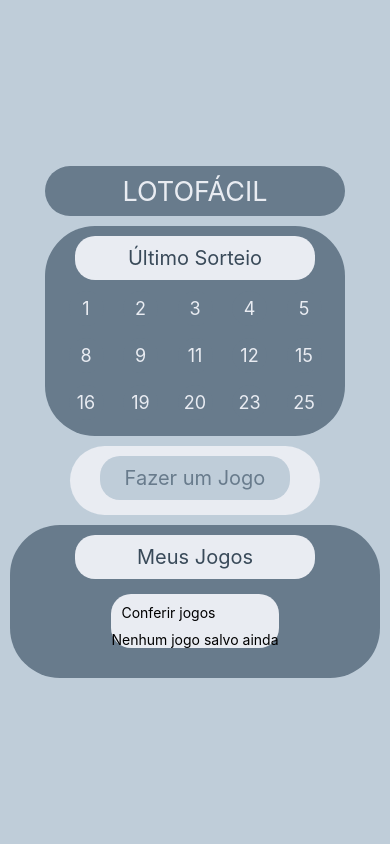
Repository: Deyvid-Kasteh/LotofacilApp
Screen: /
The author's editor kept a copy of each file at every save. The screen is drawn from the files as they stood at one save, then again after the next save.
The app was drawn by React Native's web renderer in a window 390 px wide. The project was rebuilt for these pictures with package versions that can differ from the ones it lists, and the page was loaded fresh each time. Also part of the build but not shown: Bolhas.js, components/Resultado.js, components/Jogo.js, paginaTESTE.js, paginaTESTE2.js, SeuComponentePai.js, components/ResultadoTexte2.js.

Above is the screen before, as saved 2023-12-02 23:20:13.

After the next save:
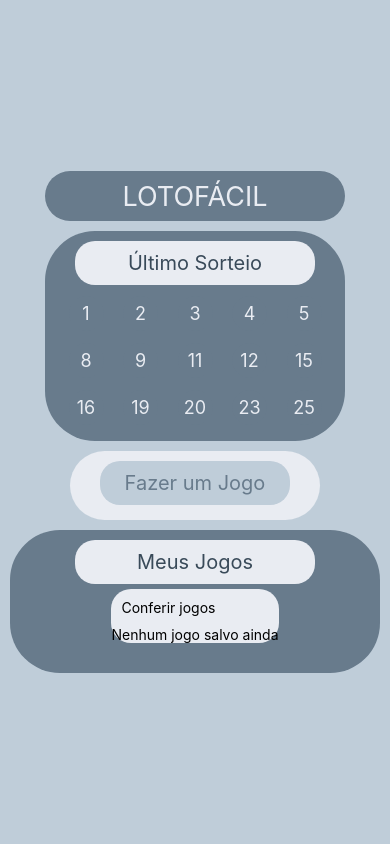
Saved 6 s later.
--- a/components/MostrarJogosSalvos.js
+++ b/components/MostrarJogosSalvos.js
@@ -48,7 +48,7 @@
     <View
       style={{
         borderRadius: 20,
-        margin: 10,
+        // margin: 10,
         backgroundColor: Cores.cor1,
         marginBottom: 20,
       }}
